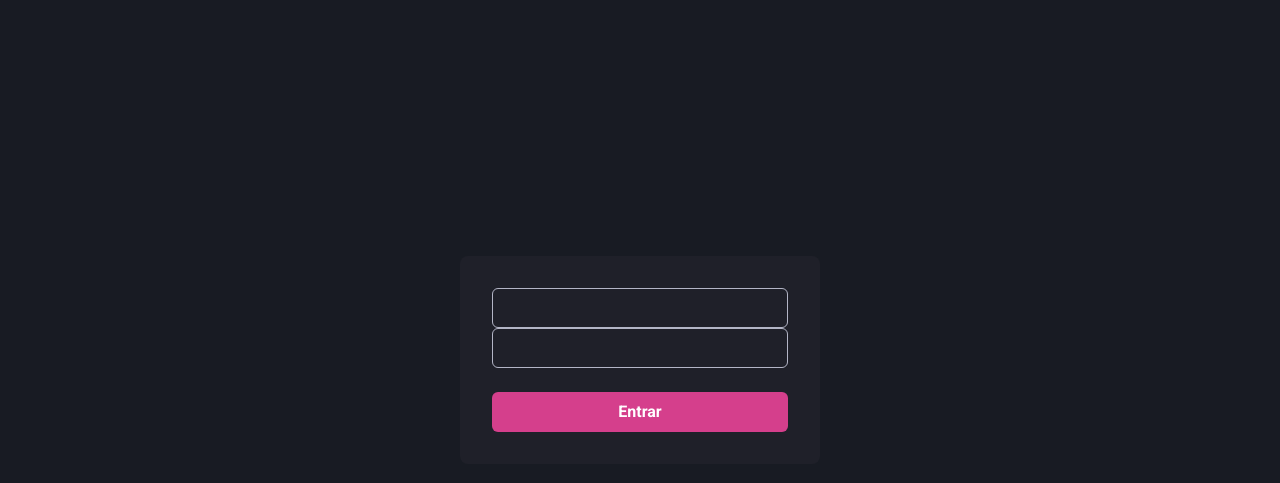
Repository: viniciusfg05/DashGo
Page: /
The author's editor kept a copy of each file at every save. The page is drawn from the files as they stood at one save, then again after the next save.
The browser window is 1280 px wide. The pictures show the whole page.
The project was rebuilt for these pictures with package versions that can differ from the ones it lists, and the page was loaded fresh each time. The framework's server and built-in components were replaced by stand-ins that run in the browser. Also part of the build but not shown: next.config.js.

Above is the page before, as saved 2022-03-24 14:55:02.

### src/pages/_app.tsx
import { AppProps } from 'next/app'
import { ChakraProvider } from '@chakra-ui/react'
import { chakraConfigTheme } from '../styles/chakraConfigTheme'

function MyApp({ Component, pageProps }: AppProps) {
  return (
    <ChakraProvider theme={chakraConfigTheme}>
      <Component {...pageProps} />
    </ChakraProvider>
  )
}

export default MyApp

// * resetCSS : Reseta as configurações do CSS predefinidas

### src/pages/_document.tsx
import { Html, Head, Main, NextScript } from 'next/document'

export default function Document() {
  return (
    <Html>
      <Head>
        <link rel="preconnect" href="https://fonts.googleapis.com" />
        <link rel="preconnect" href="https://fonts.gstatic.com" />
        <link href="https://fonts.googleapis.com/css2?family=Roboto:wght@400;500;700&display=swap" rel="stylesheet" />
      </Head>
      <body>
        <Main />
        <NextScript />
      </body>
    </Html>
  )
}

### src/pages/index.tsx
import { Button, Flex, Input} from "@chakra-ui/react";

export default function Home() {
  return (
    <Flex
      w="100vw"
      h="100vh"
      align="center"
      justify="center"
    >
      <Flex
        as="form"
        width="100%"
        maxWidth={360}
        bg="gray.800"
        borderRadius={8}
        flexDir="column"
        p="8"
      >
        <Input
        name="email"
        type="email"/>
        <Input
        name="password"
        type="password"/>

        <Button type="submit" colorScheme="pink" mt="6">
          Entrar
        </Button>
      </Flex>
    </Flex>
  )
}

### src/styles/chakraConfigTheme.ts
import { extendTheme, Heading, Theme } from '@chakra-ui/react'

//extender a configurações que o meu theme tem. Mudando a estilização no component
export const chakraConfigTheme = extendTheme({
  colors: {
    gray: {
      "900": "#181B23",
      "800": "#1F2029",
      "700": "#353646",
      "600": "#4B4D63",
      "500": "#616480",
      "400": "#797D9A",
      "300": "#9699B0",
      "200": "#B3B5C6",
      "100": "#D1D2DC",
      "50": "#EEEEF2",
    }
  },
  fonts: {
    body: 'Roboto',
    Heading: 'Roboto'
  },
  styles: {
    global: {
      body: {
        bg: 'gray.900',
        color: 'gray.50'
      }
    }
  }
} as Theme | {} )

After the next save:
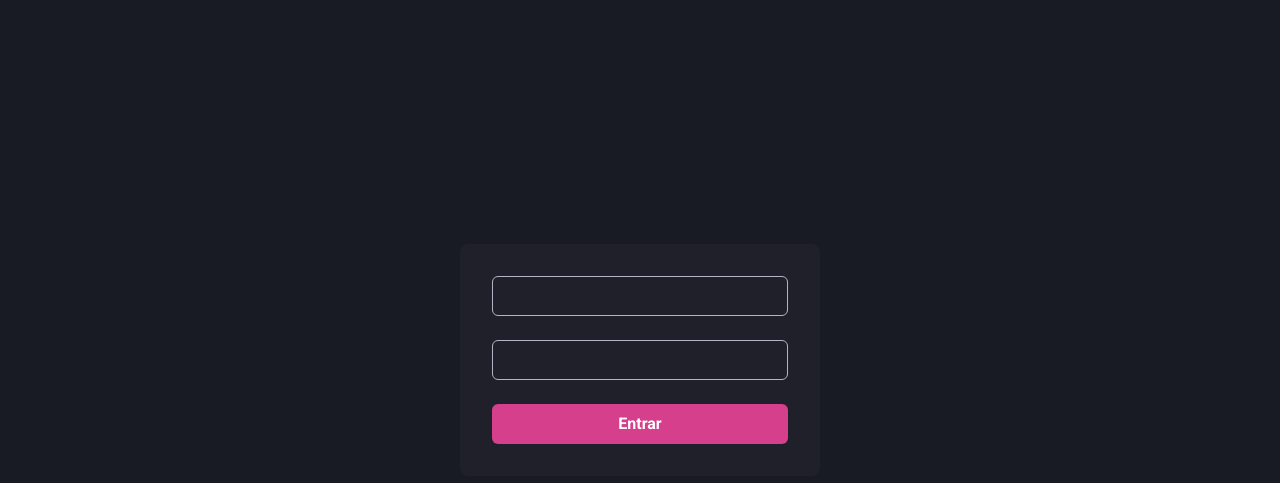
Saved 4 min 9 s later.
--- a/src/pages/index.tsx
+++ b/src/pages/index.tsx
@@ -19,7 +19,10 @@
       >
         <Input
         name="email"
-        type="email"/>
+        type="email"
+        mb="6"
+        />
+
         <Input
         name="password"
         type="password"/>

After the save that followed:
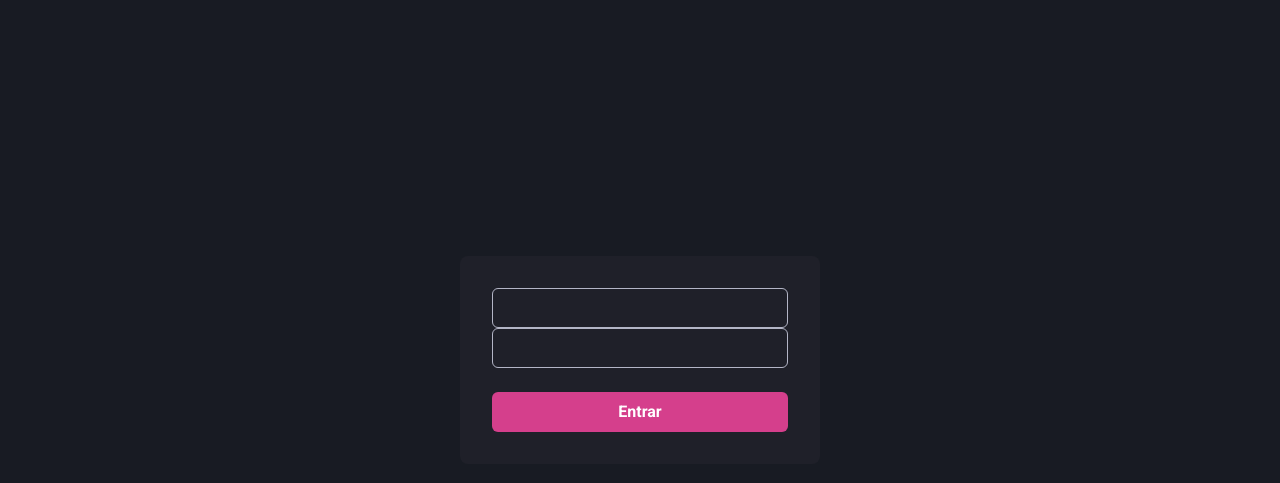
Saved 11 s later.
--- a/src/pages/index.tsx
+++ b/src/pages/index.tsx
@@ -20,7 +20,6 @@
         <Input
         name="email"
         type="email"
-        mb="6"
         />
 
         <Input
